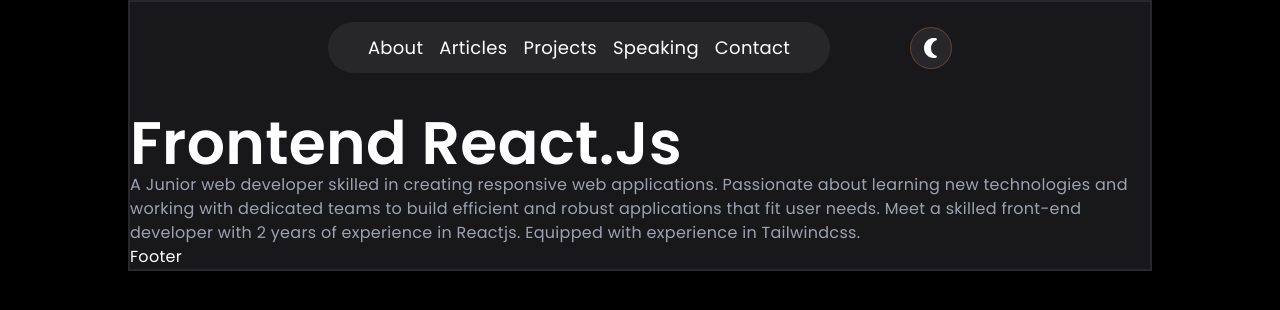
Repository: Wafaabahgat/Portfolio
Page: /
These files come from the project's save history. The page is drawn as it stood at one moment and after the next save; the edit follows.
The browser window is 1280 px wide. The pictures show the whole page.
The project was rebuilt for these pictures with package versions that can differ from the ones it lists, and the page was loaded fresh each time. Also part of the build but not shown: vite.config.ts, src/App.css, src/ErrorPage.tsx.

Above is the page before, as saved 2023-12-08 03:07:00.

After the next save:
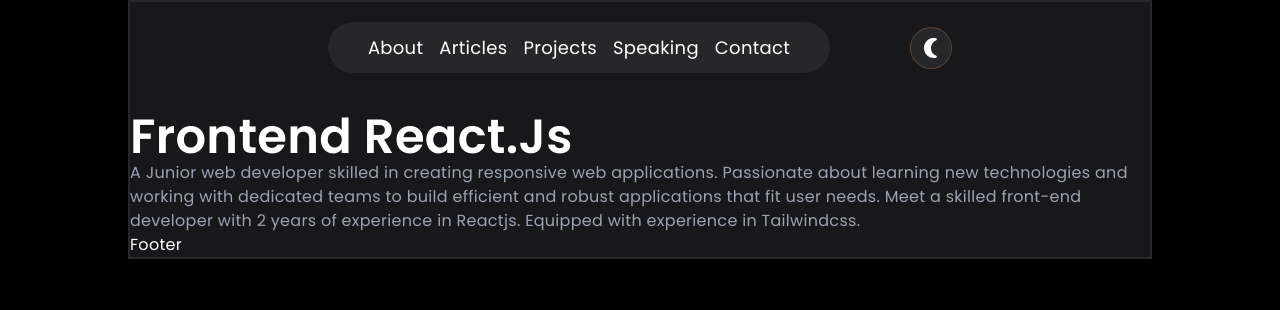
Saved 3 s later.
--- a/src/components/home/Hero.tsx
+++ b/src/components/home/Hero.tsx
@@ -7,7 +7,7 @@
     <>
       <div className="mt-10">
         <div>
-          <h1 className="text-white font-semibold text-6xl capitalize">
+          <h1 className="text-white font-semibold text-5xl capitalize">
             frontend react.js
           </h1>
           <p className=" text-gray-400 text-md">
